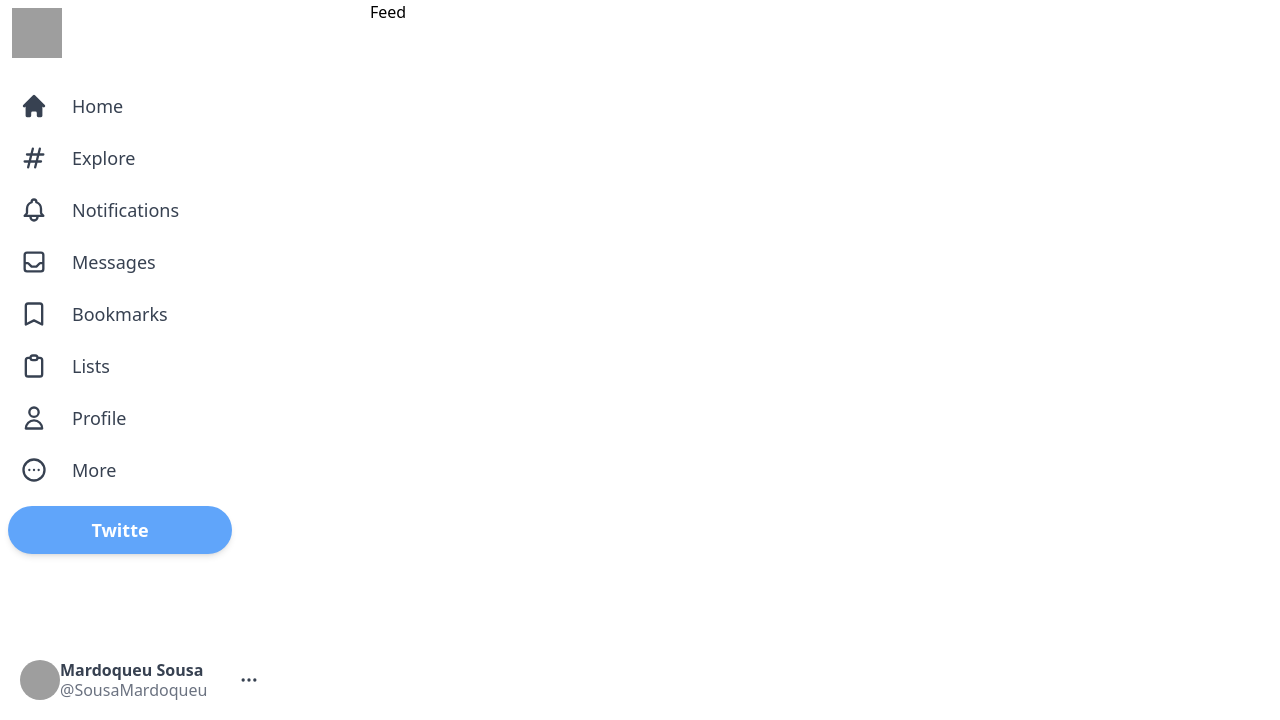
Repository: Mardoqueu/twitter
Page: /
These files come from the project's save history. The page is drawn as it stood at one moment and after the next save; the edit follows.
The browser window is 1280 px wide. The pictures show the whole page.
Pictures or frames that could not be fetched are drawn as grey boxes. The project was rebuilt for these pictures with package versions that can differ from the ones it lists, and the page was loaded fresh each time. The framework's server and built-in components were replaced by stand-ins that run in the browser. Also part of the build but not shown: next.config.js.

Above is the page before, as saved 2022-09-01 15:20:22.

After the next save:
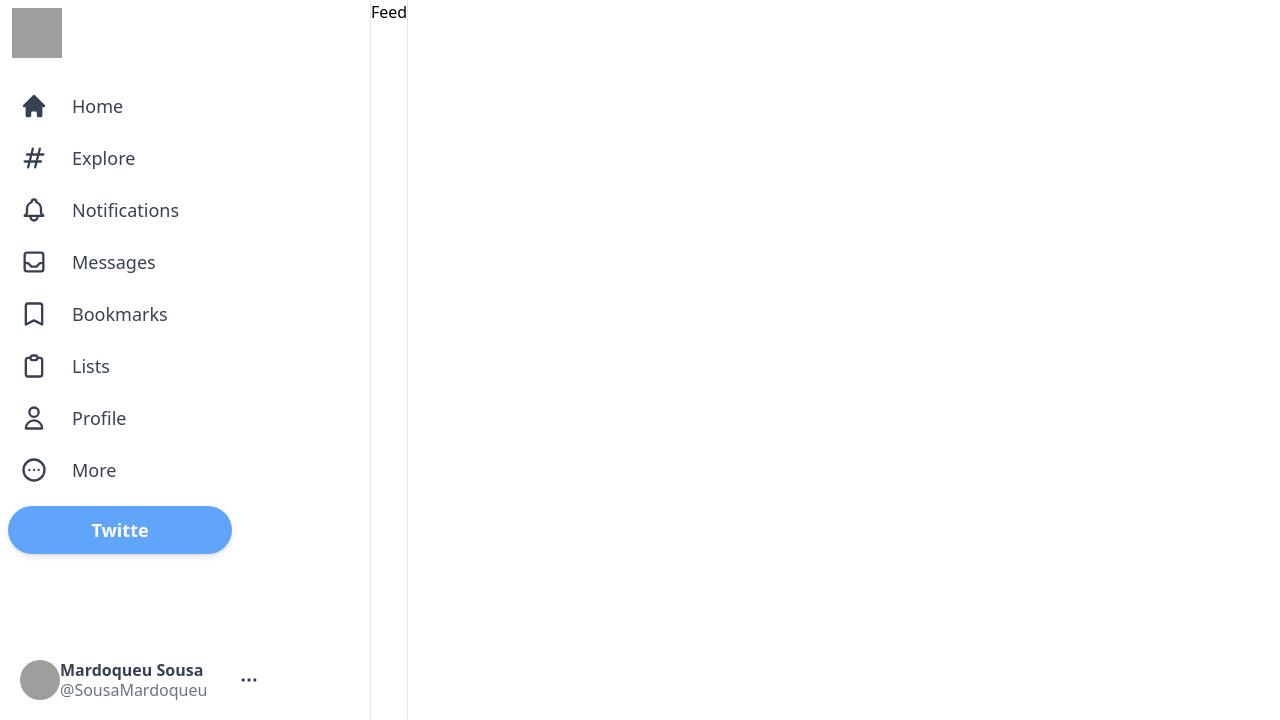
Saved 25 s later.
--- a/components/Feed.js
+++ b/components/Feed.js
@@ -2,6 +2,6 @@
 
 export default function Feed() {
   return (
-    <div className='xl:ml-[370px]'>Feed</div>
+    <div className='xl:ml-[370px] border-l border-r '>Feed</div>
   )
 }
